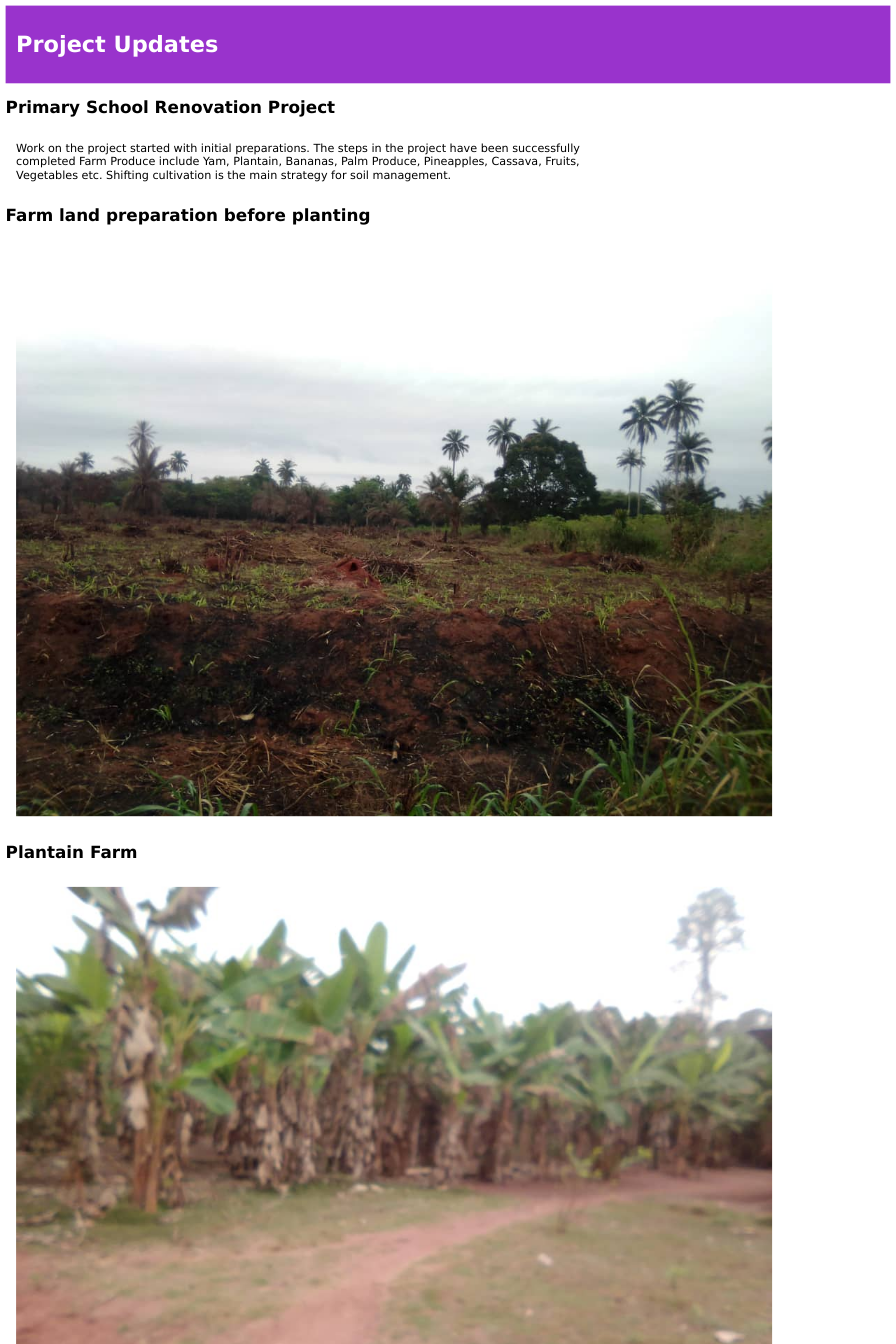
Repository: OtasowieRotimiOsifo/oheze-naka-forum
Page: projects_update_info.html
The author's editor kept a copy of each file at every save. The page is drawn from the files as they stood at one save, then again after the next save.
The browser window is 1280 px wide. The pictures show the part of the page from y = 0 to 1920 px (the page is 7568 px tall before and 7714 px after), at 70% of full size.

Above is the page before, as saved 2021-07-23 23:22:29.

### projects_update_info.html
<!DOCTYPE html>
<html lang="en">

<meta name="viewport" content="width=device-width, initial-scale=1.0">
<style>
* {
  box-sizing: border-box;
}

.row::after {
  content: "";
  clear: both;
  display: table;
}

[class*="col-"] {
  float: left;
  padding: 15px;
}

html {
  font-family: "Lucida Sans", sans-serif;
}

.header {
  background-color: #9933cc;
  color: #ffffff;
  padding: 15px;
}

.menu ul {
  list-style-type: none;
  margin: 0;
  padding: 0;
}

.menu li {
  padding: 8px;
  margin-bottom: 7px;
  background-color: #33b5e5;
  color: #ffffff;
  box-shadow: 0 1px 3px rgba(0,0,0,0.12), 0 1px 2px rgba(0,0,0,0.24);
}

.menu li:hover {
  background-color: #0099cc;
}

.aside {
  background-color: #4E38A9;
  padding: 15px;
  color: #ffffff;
  text-align: center;
  font-size: 14px;
  box-shadow: 0 1px 3px rgba(0,0,0,0.12), 0 1px 2px rgba(0,0,0,0.24);
}

.footer {
  background-color: #0099cc;
  color: #ffffff;
  text-align: center;
  font-size: 12px;
  padding: 15px;
}

/* For mobile phones: */
[class*="col-"] {
  width: 100%;
}

@media only screen and (min-width: 600px) {
  /* For tablets: */
  .col-s-1 {width: 8.33%;}
  .col-s-2 {width: 16.66%;}
  .col-s-3 {width: 25%;}
  .col-s-4 {width: 33.33%;}
  .col-s-5 {width: 41.66%;}
  .col-s-6 {width: 50%;}
  .col-s-7 {width: 58.33%;}
  .col-s-8 {width: 66.66%;}
  .col-s-9 {width: 75%;}
  .col-s-10 {width: 83.33%;}
  .col-s-11 {width: 91.66%;}
  .col-s-12 {width: 100%;}
}
@media only screen and (min-width: 768px) {
  /* For desktop: */
  .col-1 {width: 8.33%;}
  .col-2 {width: 16.66%;}
  .col-3 {width: 25%;}
  .col-4 {width: 33.33%;}
  .col-5 {width: 41.66%;}
  .col-6 {width: 50%;}
  .col-7 {width: 58.33%;}
  .col-8 {width: 66.66%;}
  .col-9 {width: 75%;}
  .col-10 {width: 83.33%;}
  .col-11 {width: 91.66%;}
  .col-12 {width: 100%;}
}
</style>
<head>
<title> Project Updates </title>
</head>
<body>

<div class="header">
  <h1>Project Updates</h1>
</div>
<div class="row">
  <h2>Primary School Renovation Project</h2>
  <div class="col-8 col-s-9">
      <span>Work on the project started with initial preparations. The steps in the project have been successfully completed</span>
      <span>Farm Produce include Yam, Plantain, Bananas, Palm Produce, Pineapples, Cassava, Fruits, Vegetables etc.</span>
      <span>Shifting cultivation is the main strategy for soil management.</span>
    </div>
  </div>
  <div class="row">
    <h2>Farm land preparation before planting </h2>
    <div  class="col-12 col-s-12">
      <img src="img/farm-land-preparation.jpeg"/>
  </div>
  </div>
  <div class="row">
    <h2>Plantain Farm</h2>
    <div  class="col-12 col-s-12">
      <img src="img/plantain-farm2.jpg"/>
  </div>
  </div>
  <div class="row">
    <h2>Palm Produce</h2>
    <div  class="col-12 col-s-12">
      <img src="img/palm-produce.jpeg"/>
  </div>
  </div>
  <div class="row">
    <h2>Gari Production from Cassava</h2>
    <div  class="col-12 col-s-12">
      <img src="img/gari-production.jpg"/>
  </div>
  </div>
  <div class="row">
    <h2>Yam Production</h2>
    <div  class="col-12 col-s-12">
      <img src="img/yam-production.jpeg"/>
  </div>
  </div>
  <div class="row">
    <h2>Wood for Fuel</h2>
    <div  class="col-12 col-s-12">
      <img src="img/woods.jpg"/>
  </div>
  </div>
  <div class="row">
    <h2>Farm land left to fallow through shifting cultivation</h2>
    <div  class="col-12 col-s-12">
      <img src="img/forest-2.jpg"/>
  </div>
</div>
  <div class="row">
    <div  class="col-12 col-s-12">
    <img src="img/green-environment.jpg"/>
</div>
  </div>
<div class="footer">
  <p>Courtesy of Oheze Naka Forum.</p>
</div>

</body>
</html>

After the next save:
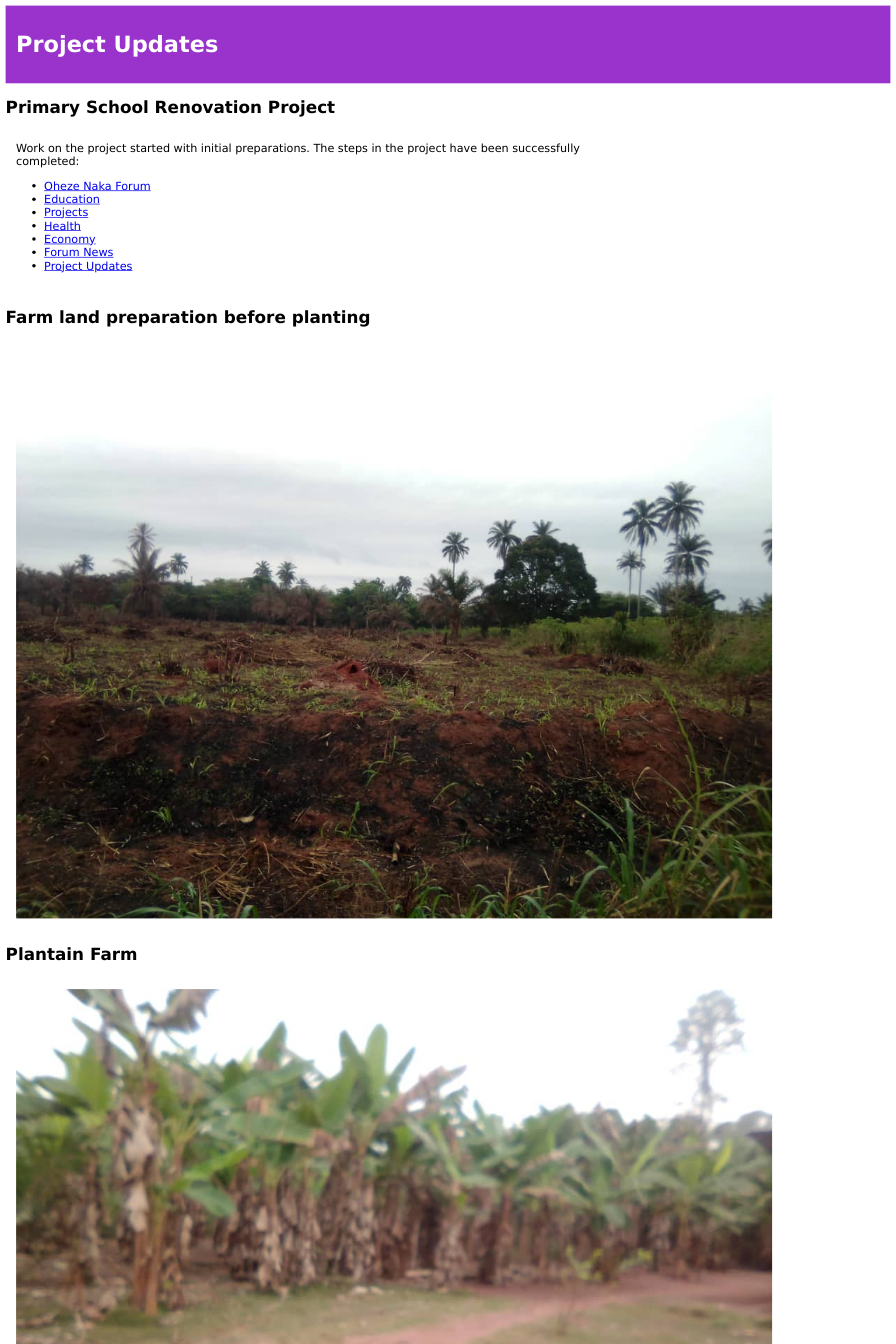
Saved 56 s later.
--- a/projects_update_info.html
+++ b/projects_update_info.html
@@ -110,9 +110,16 @@ html {
 <div class="row">
   <h2>Primary School Renovation Project</h2>
   <div class="col-8 col-s-9">
-      <span>Work on the project started with initial preparations. The steps in the project have been successfully completed</span>
-      <span>Farm Produce include Yam, Plantain, Bananas, Palm Produce, Pineapples, Cassava, Fruits, Vegetables etc.</span>
-      <span>Shifting cultivation is the main strategy for soil management.</span>
+      <span>Work on the project started with initial preparations. The steps in the project have been successfully completed:</span>
+      <ul>
+        <li><a href="oheze_naka_forum.html">Oheze Naka Forum</a></li>
+        <li><a href="adolor.html">Education</a></li>
+        <li><a href="projects.html">Projects</a></li>
+        <li><a href="maternity.html">Health</a></li>
+        <li><a href="economy.html">Economy</a></li>
+        <li><a href="activities.html">Forum News</a></li>
+        <li><a href="projects_update_info.html">Project Updates</a></li>
+      </ul>
     </div>
   </div>
   <div class="row">
